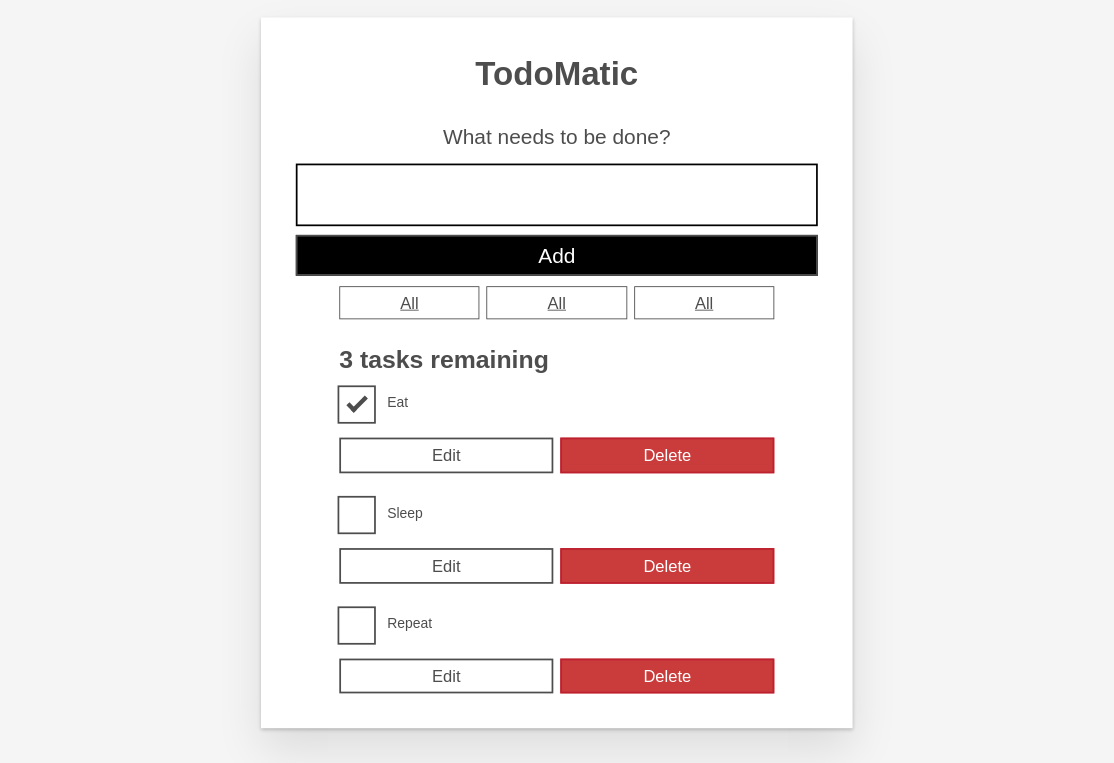
Repository: DevLaukey/todo
Page: /
The author's editor kept a copy of each file at every save. The page is drawn from the files as they stood at one save, then again after the next save.
The browser window is 1280 px wide. The pictures show the whole page, at 87% of full size.
The project was rebuilt for these pictures with package versions that can differ from the ones it lists, and the page was loaded fresh each time.

Above is the page before, as saved 2022-05-26 17:58:10.

After the next save:
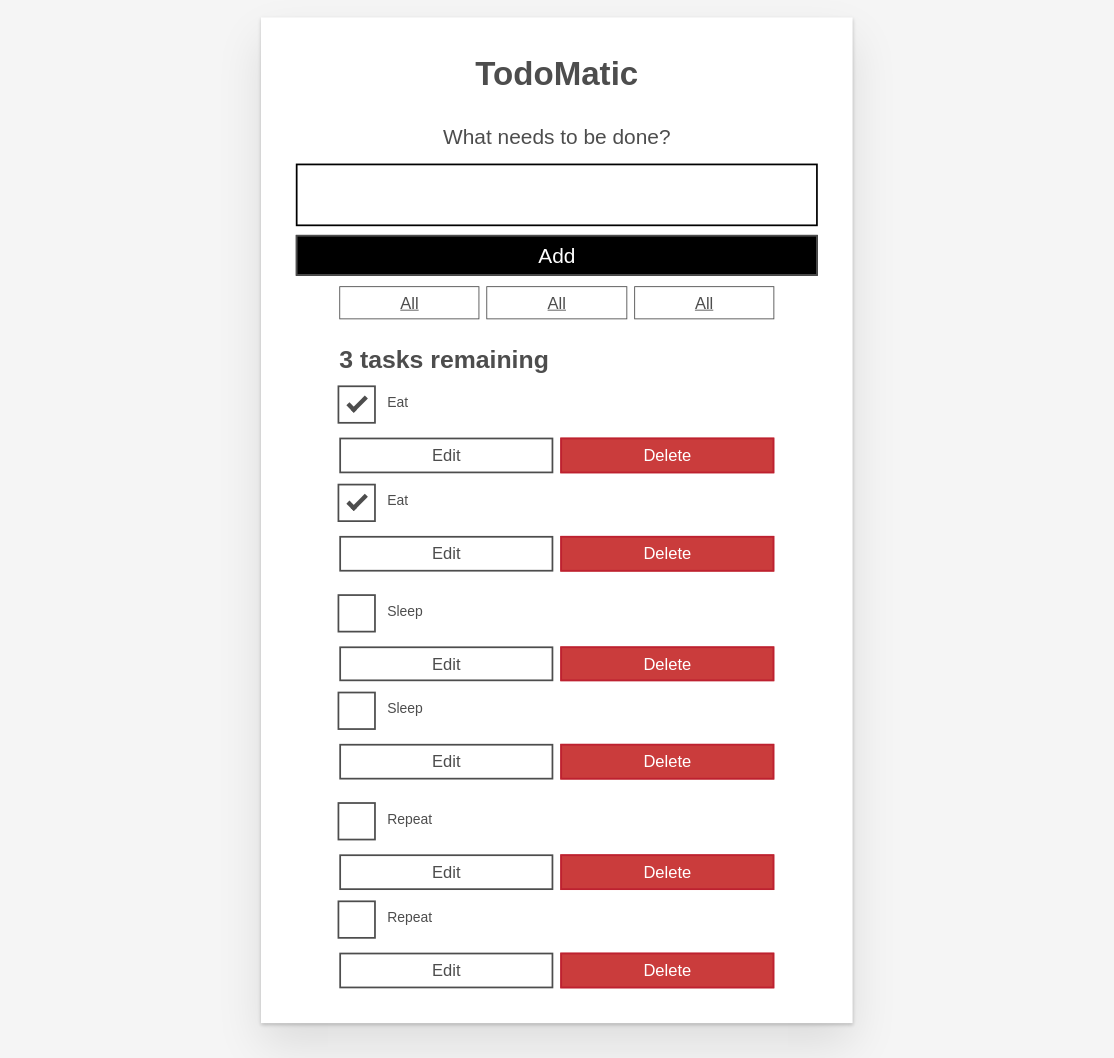
Saved 5 min 39 s later.
--- a/src/components/Todo.js
+++ b/src/components/Todo.js
@@ -51,6 +51,7 @@ function Todo(props) {
   );
   return (
     <li className="todo stack-small">
+      {isEditing ? editingTemplate : viewTemplate}
       <div className="c-cb">
         <input
           id={props.id}
